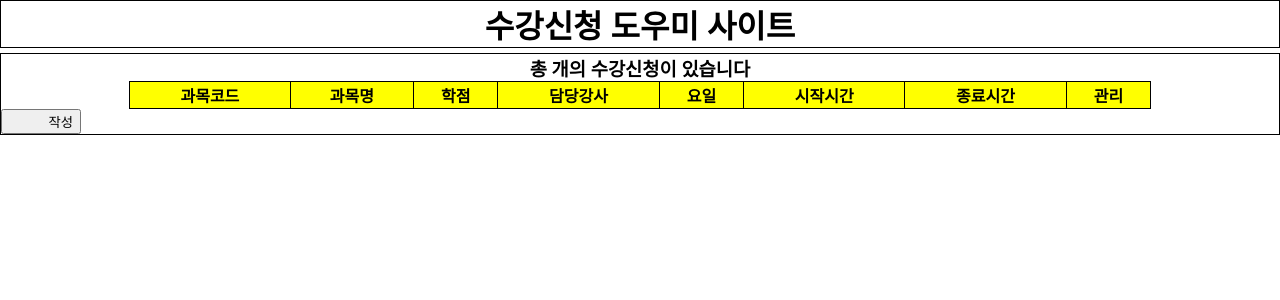
Repository: Tor1a/SpringSet
Page: http://localhost/practice02/WEB-INF/views/home.jsp
The author's editor kept a copy of each file at every save. The page is drawn from the files as they stood at one save, then again after the next save.
The browser window is 1280 px wide. The pictures show the whole page.
The page is served by Tomcat 9. Nobody is signed in. Other server files are loaded and not shown. The template is opened directly, without the code that normally fills it, so the values that code supplies are empty.

Above is the page before, as saved 2022-04-15 00:14:05.

### practice02/src/main/webapp/WEB-INF/views/home.jsp
<%@ page language="java" contentType="text/html; charset=UTF-8"
	pageEncoding="UTF-8"%>
<%@ taglib prefix="c" uri="http://java.sun.com/jsp/jstl/core"%>
<%@ taglib prefix="fmt" uri="http://java.sun.com/jsp/jstl/fmt"%>




<!DOCTYPE html>
<html>
<head>
<meta charset="UTF-8">
<script src="../js/jquery-3.6.0.min.js"></script>
<link rel="stylesheet"
	href="${pageContext.request.contextPath}/resources/css/home.css">
<script
	src="${pageContext.request.contextPath}/resources/js/course/home.js"></script>

<title>수강신청 도우미 사이트</title>
</head>
<body>

	<div id="wrapper">

		<h1 class="title">수강신청 도우미 사이트</h1>

		<div id="content">
			<h3 class="total">총 ${total}개의 수강신청이 있습니다</h3>

		<table class="liTb">
			<thead>
				<th>과목코드</th>
				<th>과목명</th>
				<th>학점</th>
				<th>담당강사</th>
				<th>요일</th>
				<th>시작시간</th>
				<th>종료시간</th>
				<th>관리</th>
			</thead>

			<c:forEach var="vo" items="${list}">
				<tr>
					<td>${vo.crId}</td>
					<td>${vo.crName}</td>
					<td>${vo.credit}</td>
					<td>${vo.lec_name}</td>
					<td>${vo.crWeek}</td>
					<td><c:if test="${vo.start_hour < 1000}">
							0${vo.start_hour}
						</c:if> <c:if test="${vo.start_hour >= 1000}">
							${vo.start_hour}
						</c:if></td>
					<td>${vo.end_end}</td>
					<td><a href="updateCourseForm.do?crId=${vo.crId}">수정</a> /<a
						href="deleteCourse.do?crId=${vo.crId}">삭제</a></td>
				</tr>
			</c:forEach>
		</table>
		<button id="add" onclick="add()">작성</button>
		</div>
	</div>



</body>
</html>

### practice02/src/main/webapp/resources/css/home.css
@charset "UTF-8";

body, h1, h2, h3, h4, h5, p, ul, li, ol, dd, dt, dl { padding: 0; margin: 0; }

ul {list-style: none;}

a:hover{text-decoration: none;}

body{width: auto; hight: auto;}

#container {display: flex; flex-direction: column;  width: 100%; height: 100%; border: 1px solid black; padding: 10px;}

#content {display:flex; flex-direction: column; justify-content: center; border: 1px solid black;}

#add {display: flex; justify-content:flex-end;  width: 80px; hight: 30px;
		text-align: center;}

.liTb {margin: auto; border-collapse: collapse; border: 1px solid black; width: 80%;}

.title{display:flex;  flex-direction:row; justify-content:center;  text-align: center; border: 1px solid black; margin-bottom: 5px;}
.total {text-align: center;}



th {text-align: center; border: 1px solid black; background-color: yellow;}
td {text-align: center; border: 1px solid black;}

### practice02/src/main/webapp/resources/js/course/home.js
var crId = document.getElementById('vo.crId');

function deleteBtn(crId){
	if(confirm("삭제 하시겠습니까?")){
		var form = document.getElementById('delCourse');
		form.action = 'deleteCourseForm.do?crId='+crId;
		form.method = "GET";
		form.submit();

		return true;
	}else{

		return false;
	}
}


function add(){
	location.href = "courseAddForm.do";
}

Loaded but not shown: practice02/src/main/webapp/resources/js/jquery-3.6.0.min.js (library)

After the next save:
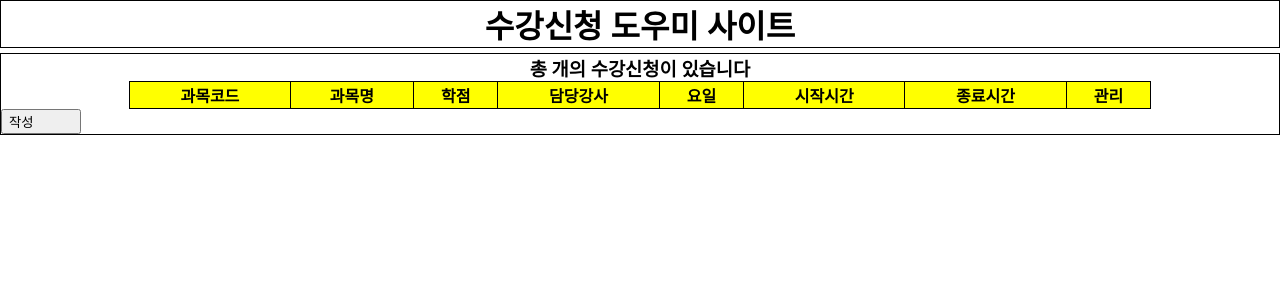
Saved 4 s later.
--- a/practice02/src/main/webapp/resources/css/home.css
+++ b/practice02/src/main/webapp/resources/css/home.css
@@ -12,7 +12,7 @@ body{width: auto; hight: auto;}
 
 #content {display:flex; flex-direction: column; justify-content: center; border: 1px solid black;}
 
-#add {display: flex; justify-content:flex-end;  width: 80px; hight: 30px;
+#add {display: flex;   width: 80px; hight: 30px;
 		text-align: center;}
 
 .liTb {margin: auto; border-collapse: collapse; border: 1px solid black; width: 80%;}
